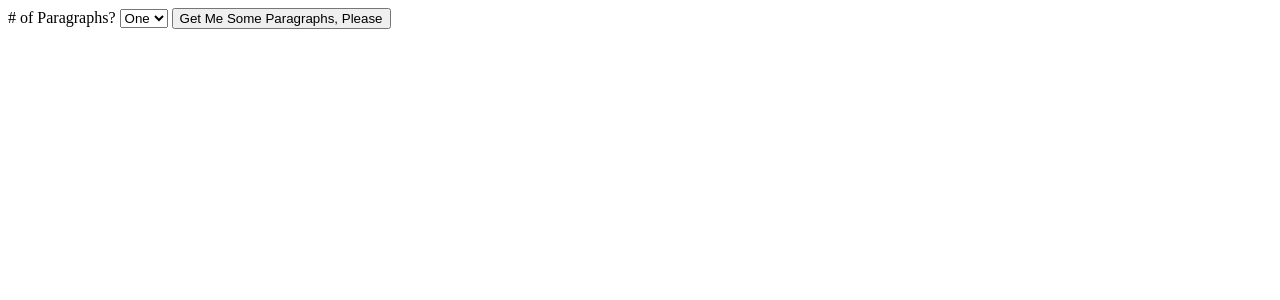
Repository: lilliebee/COSW30
Page: labwork/lab4/generator_form.html
The author's editor kept a record of every edit. The page is drawn from the files as they stood at one moment, then again after the next edit.
The browser window is 1280 px wide. The pictures show the whole page.

Above is the page before.

### labwork/lab4/generator_form.html
<!DOCTYPE html>
<html>
    <head>
        <meta charset="utf-8">
        <title>Lorem Ipsum Generator</title>
    </head>
    <body>
        <form action="generator.php" method="POST">
             <label for="paragraph"># of Paragraphs?</label>
            <select id="paragraphs" name="paragraphs">
                <option value="1">One</option>
                <option value="2">2</option>
                <option value="3">3</option>
                <option value="4">4</option>
                <option value="5">5</option>
            </select>
            <button> Get Me Some Paragraphs, Please</button>
        </form>
    </body>

</html>

After the next edit:
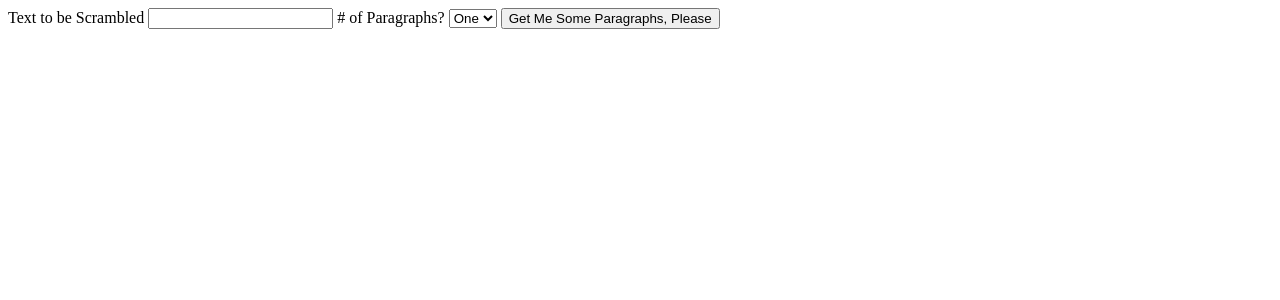
The edit:
--- a/labwork/lab4/generator_form.html
+++ b/labwork/lab4/generator_form.html
@@ -6,7 +6,11 @@
     </head>
     <body>
         <form action="generator.php" method="POST">
-             <label for="paragraph"># of Paragraphs?</label>
+            <label for="">Text to be Scrambled</label>
+            <input type="text" id="text" name="text"/>
+
+
+             <label for="paragraphs"># of Paragraphs?</label>
             <select id="paragraphs" name="paragraphs">
                 <option value="1">One</option>
                 <option value="2">2</option>
